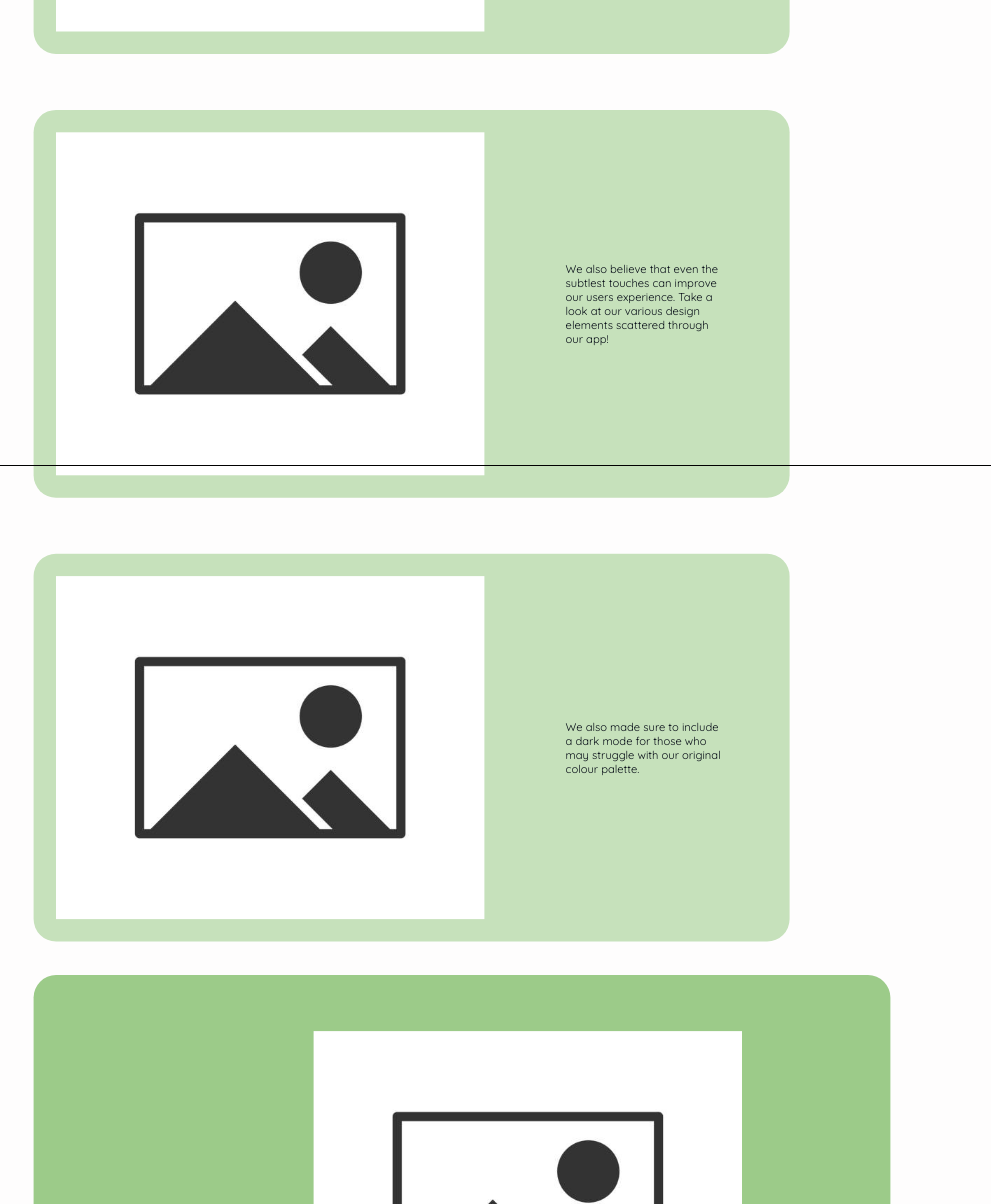
Repository: AlyssaHug/MoolahMate-A5Styleguide
Page: logos.html
An editor plug-in stored every save of this project. The page is shown before and after the next save, followed by the edit.
The browser window is 1280 px wide. The page is 1416 px wide, so the pictures cover 1416 px, including what lies to the right of the window. The pictures show the part of the page from y = 4780 to 6500 px (the page is 7781 px tall before and 7743 px after), at 70% of full size.

Above is the page before, as saved 2025-03-31 12:48:43.

After the next save:
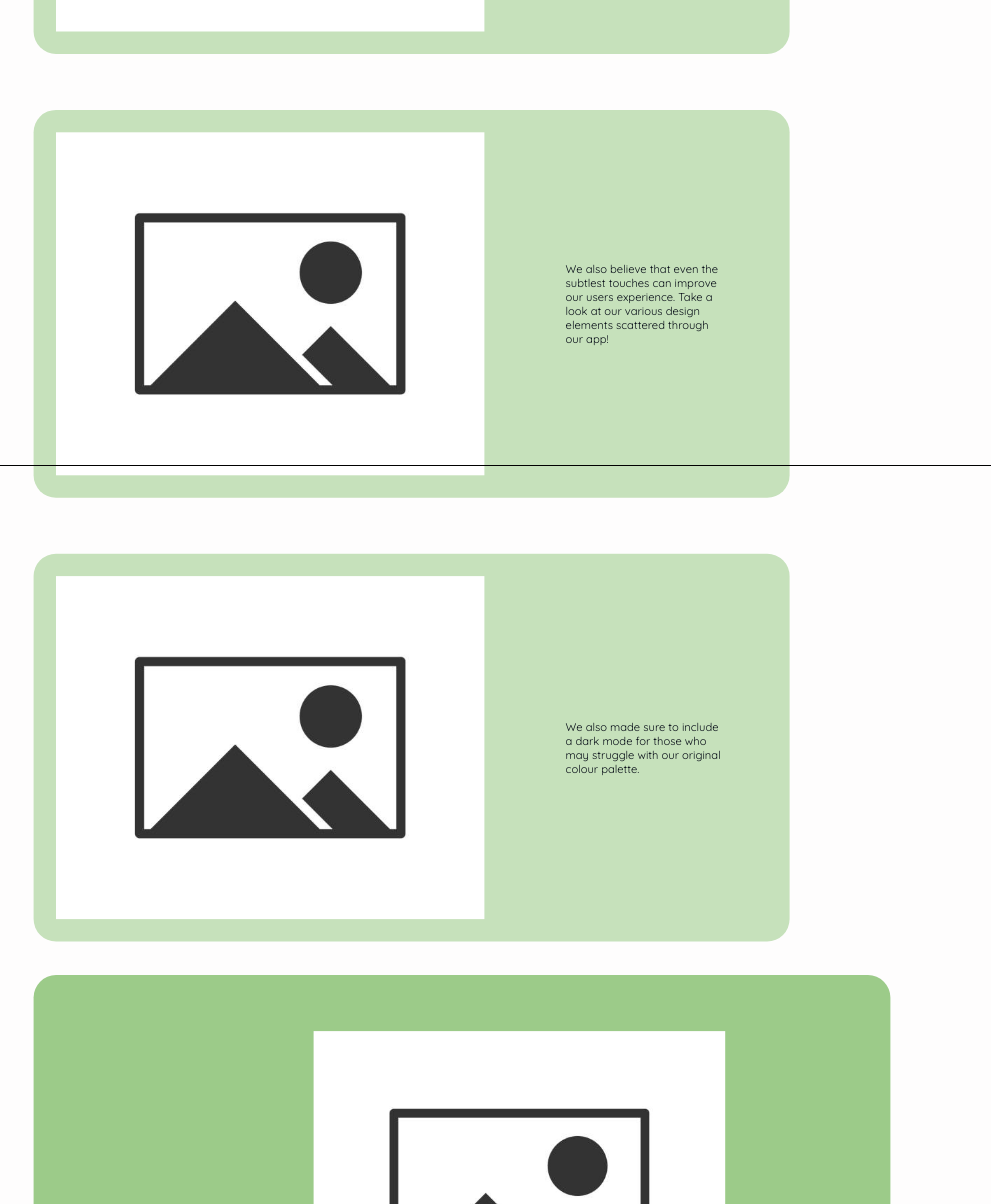
Saved 4 s later.
--- a/Logo-styles.css
+++ b/Logo-styles.css
@@ -218,6 +218,6 @@
     margin-bottom: 3em;
     margin-top: 3em;
     border-radius: 2em;
-    padding-right: -3em;
-    padding
-}
+    padding-right: 3em;
+    padding-left
+}

After the save that followed:
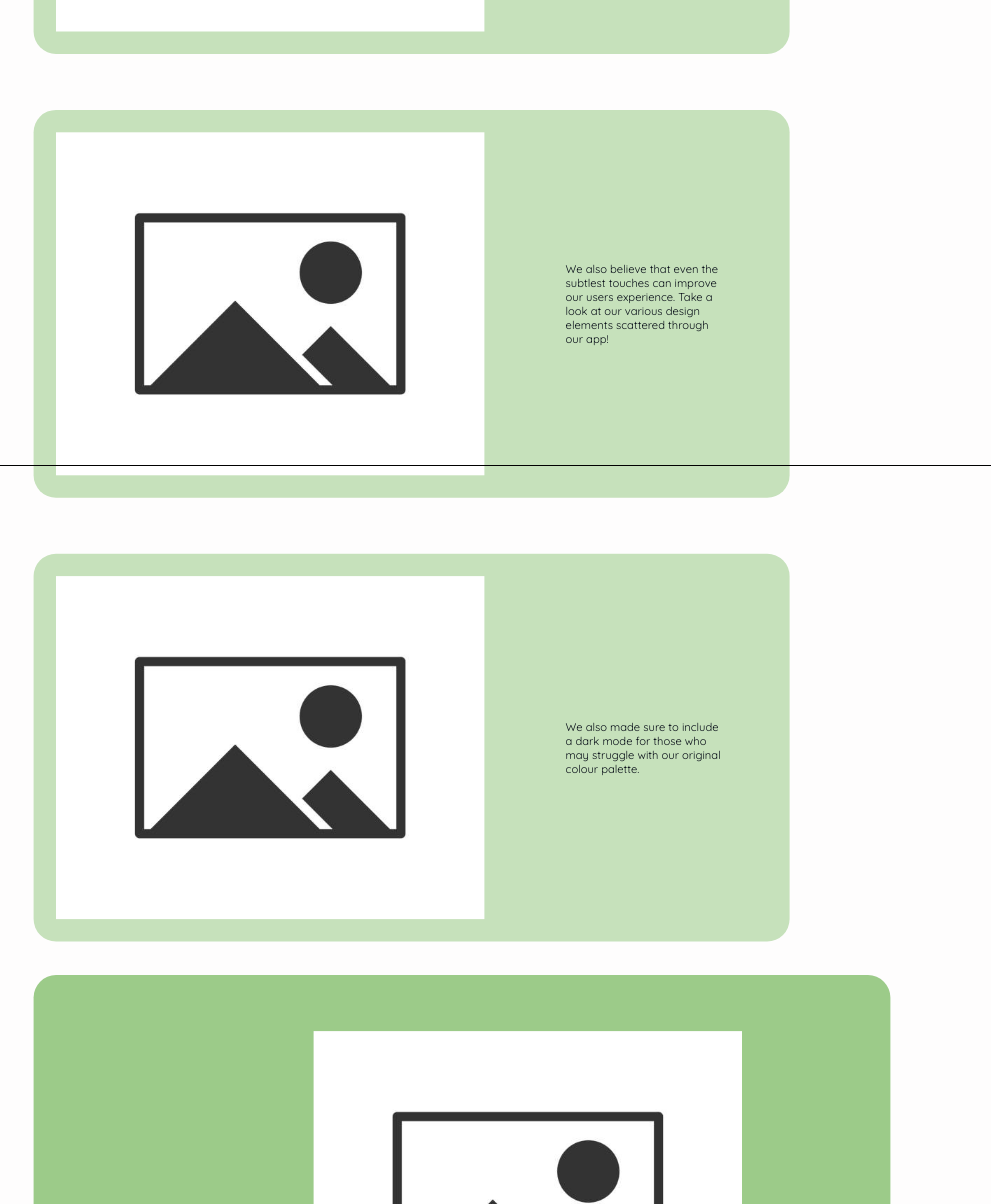
Saved 11 s later.
--- a/Logo-styles.css
+++ b/Logo-styles.css
@@ -218,6 +218,4 @@
     margin-bottom: 3em;
     margin-top: 3em;
     border-radius: 2em;
-    padding-right: 3em;
-    padding-left
-}
+}
